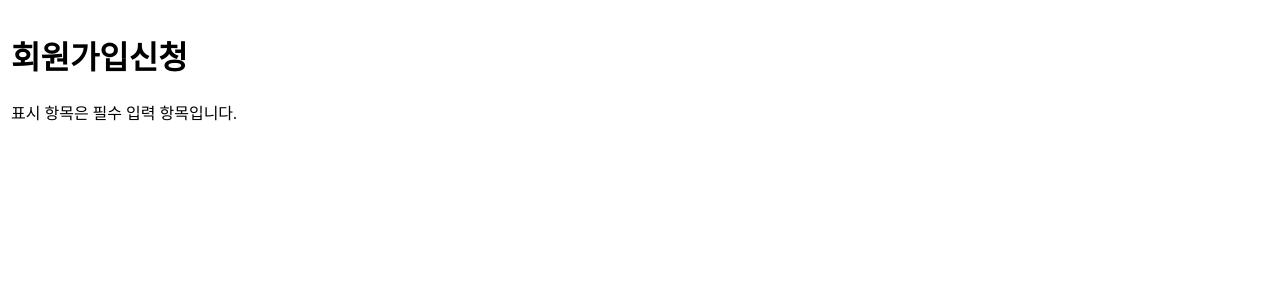
Repository: lch901/webStudy
Page: http://localhost/beanPro/register.jsp
These files come from the project's save history. The page is drawn as it stood at one moment and after the next save; the edit follows.
The browser window is 1280 px wide. The pictures show the whole page.
The page is served by Tomcat 9.

Above is the page before, as saved 2020-08-25 00:33:07.

After the next save:
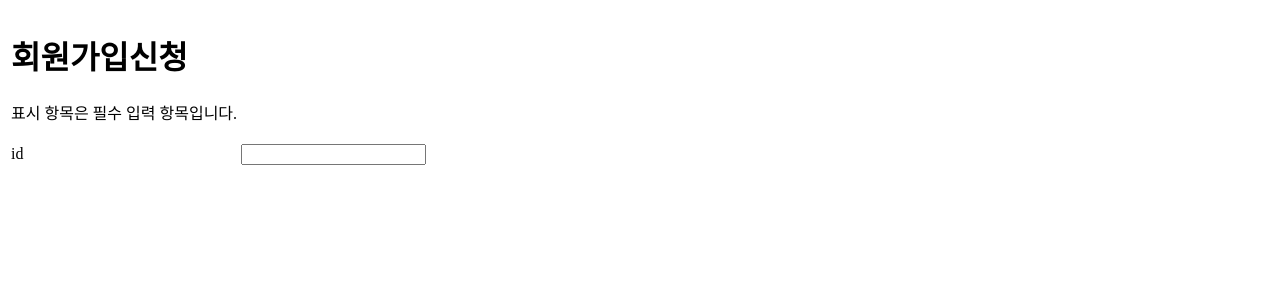
Saved 55 s later.
--- a/beanPro/WebContent/register.jsp
+++ b/beanPro/WebContent/register.jsp
@@ -12,6 +12,7 @@
 			<tr>
 				<td><h1>회원가입신청</h1><p>표시 항목은 필수 입력 항목입니다.</p></td>
 			</tr>
+			<tr><td>id</td><td><input type="text" name="mem_uid"></td></tr>
 		</table>
 	</form>
 </body>
